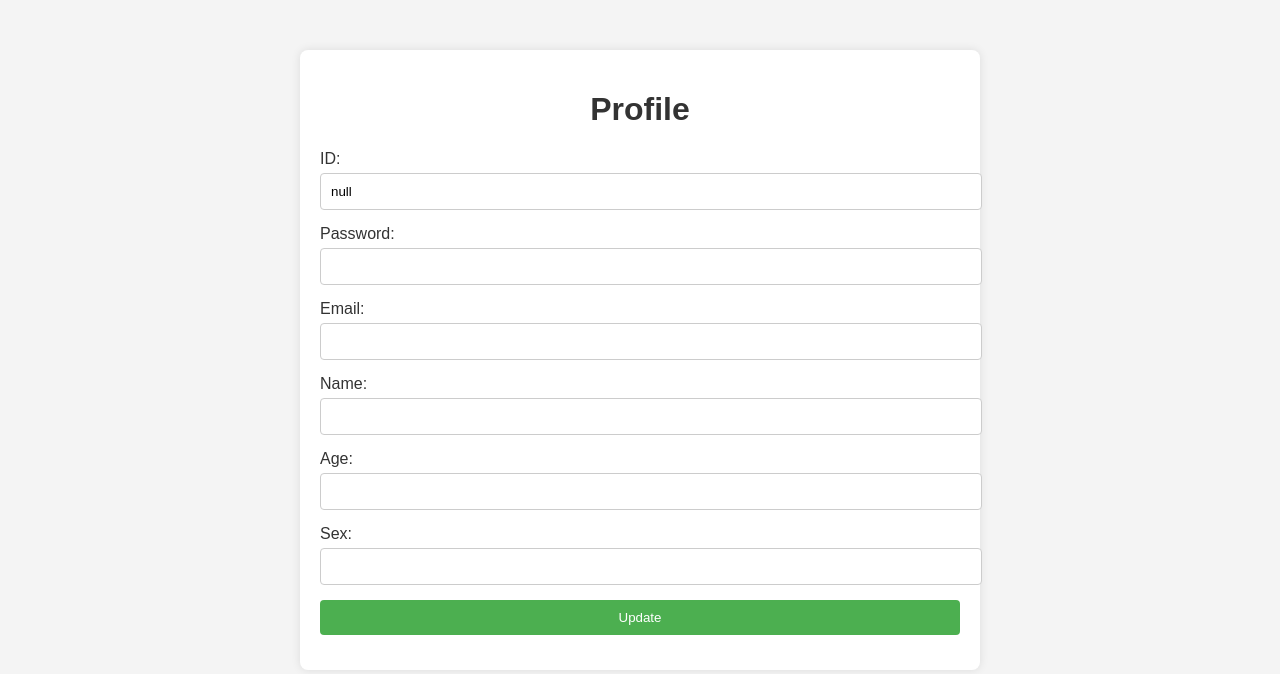
Repository: LifeIsRightward/WebServer
Page: http://localhost/JSPBook/Project/profile.jsp
An editor plug-in stored every save of this project. The page is shown before and after the next save, followed by the edit.
The browser window is 1280 px wide. The pictures show the whole page.
The page is served by Tomcat 9. Other server files are loaded and not shown.

Above is the page before, as saved 2024-06-06 17:04:57.

### JSPBook/src/main/webapp/Project/profile.jsp
<%@ page language="java" contentType="text/html; charset=EUC-KR"
    pageEncoding="EUC-KR"%>
<!DOCTYPE html>
<html>
<head>
<meta charset="EUC-KR">
<title>Profile</title>
<style>
    body {
        font-family: Arial, sans-serif;
        background-color: #f4f4f4;
        margin: 0;
        padding: 0;
    }
    .container {
        width: 50%;
        margin: 50px auto;
        padding: 20px;
        background-color: white;
        box-shadow: 0 0 10px rgba(0, 0, 0, 0.1);
        border-radius: 8px;
    }
    h1 {
        text-align: center;
        color: #333;
    }
    .form-group {
        margin-bottom: 15px;
    }
    .form-group label {
        display: block;
        margin-bottom: 5px;
        color: #333;
    }
    .form-group input {
        width: 100%;
        padding: 10px;
        border: 1px solid #ccc;
        border-radius: 4px;
    }
    .form-group input[type="submit"] {
        background-color: #4CAF50;
        color: white;
        border: none;
        cursor: pointer;
    }
    .form-group input[type="submit"]:hover {
        background-color: #45a049;
    }
</style>
</head>
<body>
	<%@ page import = "javabean.*" %>
    <div class="container">
        <h1>Profile</h1>
        <%
            String uid = "";
            String pw = "";
            String email = "";
            String name = "";
            String age = "";
            String sex = "";
            uid = request.getParameter("id");

            if(uid != null){
                String idnum = uid;
                memberDBCP mDBCP = new memberDBCP();
                member se = mDBCP.getMember(idnum);

                pw = se.getPassword();
                email = se.getEmail();
                name = se.getName();
                age = se.getAge();
                sex = se.getSex();
            }
        %>
        <form method="post" action="profileprocess.jsp">
            <div class="form-group">
                <label for="id">ID:</label>
                <input type="text" name="id" value="<%= uid %>" readonly>
            </div>
            <div class="form-group">
                <label for="password">Password:</label>
                <input type="password" name="password" value="<%= pw %>">
            </div>
            <div class="form-group">
                <label for="email">Email:</label>
                <input type="email" name="email" value="<%= email %>">
            </div>
            <div class="form-group">
                <label for="name">Name:</label>
                <input type="text" name="name" value="<%= name %>">
            </div>
            <div class="form-group">
                <label for="age">Age:</label>
                <input type="text" name="age" value="<%= age %>">
            </div>
            <div class="form-group">
                <label for="sex">Sex:</label>
                <input type="text" name="sex" value="<%= sex %>">
            </div>
            <div class="form-group">
                <input type="submit" value="Update" name="update">
            </div>
        </form>
    </div>
</body>
</html>

After the next save:
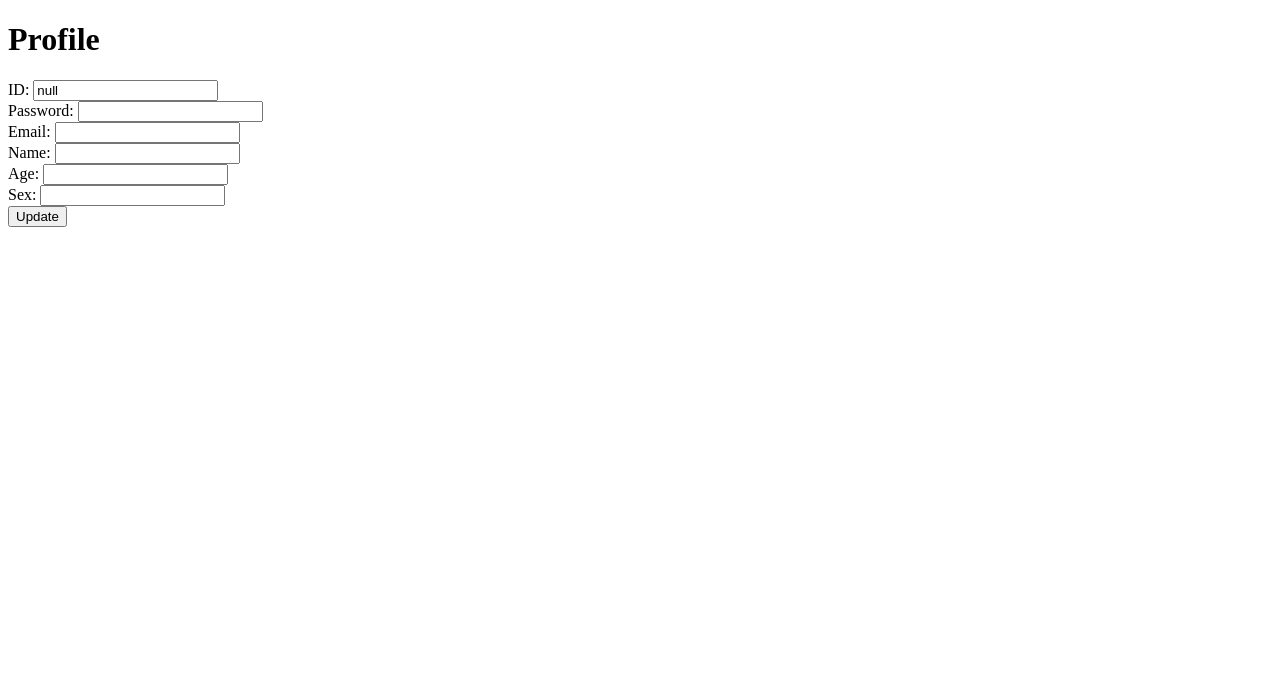
Saved 27 s later.
--- a/JSPBook/src/main/webapp/Project/profile.jsp
+++ b/JSPBook/src/main/webapp/Project/profile.jsp
@@ -5,49 +5,6 @@
 <head>
 <meta charset="EUC-KR">
 <title>Profile</title>
-<style>
-    body {
-        font-family: Arial, sans-serif;
-        background-color: #f4f4f4;
-        margin: 0;
-        padding: 0;
-    }
-    .container {
-        width: 50%;
-        margin: 50px auto;
-        padding: 20px;
-        background-color: white;
-        box-shadow: 0 0 10px rgba(0, 0, 0, 0.1);
-        border-radius: 8px;
-    }
-    h1 {
-        text-align: center;
-        color: #333;
-    }
-    .form-group {
-        margin-bottom: 15px;
-    }
-    .form-group label {
-        display: block;
-        margin-bottom: 5px;
-        color: #333;
-    }
-    .form-group input {
-        width: 100%;
-        padding: 10px;
-        border: 1px solid #ccc;
-        border-radius: 4px;
-    }
-    .form-group input[type="submit"] {
-        background-color: #4CAF50;
-        color: white;
-        border: none;
-        cursor: pointer;
-    }
-    .form-group input[type="submit"]:hover {
-        background-color: #45a049;
-    }
-</style>
 </head>
 <body>
 	<%@ page import = "javabean.*" %>
